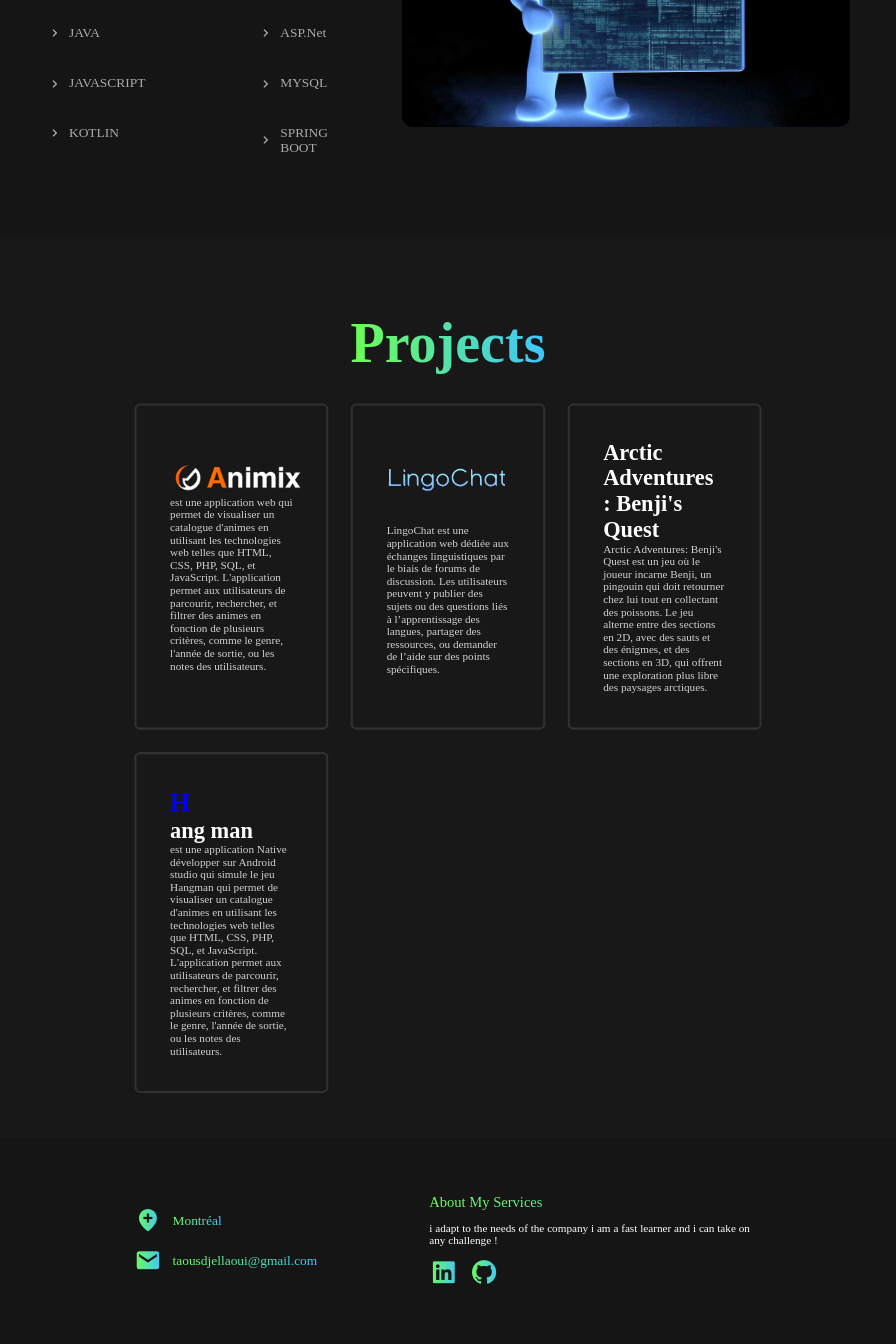
Repository: taousdjellaoui/portfolio-
Page: index.html
These files come from the project's save history. The page is drawn as it stood at one moment and after the next save; the edit follows.
The browser window is 1280 px wide. The pictures show the part of the page from y = 1099 to 3019 px (the page is 3019 px tall before and 2977 px after), at 70% of full size.

Above is the page before, as saved 2024-10-25 13:56:22.

### index.html
<!DOCTYPE html>
<html lang="en">
  <head>
    <meta charset="UTF-8" />
    <meta name="viewport" content="width=device-width, initial-scale=1.0" />
    <title>Portfolio Website</title>
    <link rel="stylesheet" href="css/style.css" />
    <link href='https://unpkg.com/boxicons@2.1.4/css/boxicons.min.css' rel='stylesheet'>
  </head>
  <body>
    <nav>
      <a href="#" class="logo"><span>Taous Djellaoui</span></a>
      <ul class="links">
        <a href="#home">Home</a>
        <a href="#about">About</a>
        <a href="#projects">Projects</a>

        <i class='bx bx-menu-alt-right' id="Menu"></i>
      </ul>
      <a href="#contact" class="btn">Contact Me</a>

    </nav>
    <section id="home">

      <div class="info-box">

        <h1><span>Hello I'm Taous !</span></h1>
        <h3><span>Web and mobile Development student</span> in montréal</h3>
        <p>i am looking to be an intern in web development or mobile development , i am a student
           at Cégep de Rosemont , and this is a simple  website i created using HTML, CSS and Javascript </p>
      </div>

    </section>

    <section id="about">
      <div class="about-box">
        <div class="about-info">
          <h1><span>About Me</span></h1>
          <p>very curious and always love to learn new things   </p>

        </div>
        <h2><span>Skills</span></h2>
        <div class="skills">
          <ul>
            <li>
              <p><i class='bx bx-chevron-right' ></i>HTML & CSS</p>
            </li>
            <li>
              <p><i class='bx bx-chevron-right' ></i>JAVA</p>
            </li>
            <li>
              <p><i class='bx bx-chevron-right' ></i>JAVASCRIPT</p>
            </li>
            <li>
              <p><i class='bx bx-chevron-right' ></i>KOTLIN</p>
            </li>
          </ul>
          <ul>
            <li>
              <p><i class='bx bx-chevron-right' ></i>REACT & ANGULAR</p>
            </li>
            <li>
              <p><i class='bx bx-chevron-right' ></i>ASP.Net</p>
            </li>
            <li>
              <p><i class='bx bx-chevron-right' ></i>MYSQL</p>
            </li>
            <li>
              <p><i class='bx bx-chevron-right' ></i>SPRING BOOT</p>
            </li>
          </ul>
        </div>

      </div>
      <img src="images/Computer-Science-Pictures.jpg" alt="">
    </section>
    <section id="projects">
      <h1 class="header"><span>Projects</span></h1>
      <div class="projects-container">
        <div class="box">
          <a href="https://github.com/taousdjellaoui/animix">
          <img src="images/logo-animix.png" alt="">
          <p>est une application web qui permet de visualiser un catalogue d'animes en utilisant les technologies web telles que HTML, CSS, PHP, SQL, et JavaScript. L'application permet aux utilisateurs de parcourir, rechercher, et filtrer des animes en fonction de plusieurs critères,
            comme le genre, l'année de sortie, ou les notes des utilisateurs.</p>
          </a>
        </div>
        <div class="box">
          <img src="images/logoLingoChat.png" alt="">

          <p>
            LingoChat est une application web dédiée aux échanges linguistiques par le biais de forums de discussion. Les utilisateurs peuvent y publier des sujets ou des questions liés à l’apprentissage des langues, partager
            des ressources, ou demander de l’aide sur des points spécifiques.</p>
        </div>
       <div class="box">
        <a href="https://taousdjellaoui.itch.io/arctic-adventures-benjis-quest">
          <h1>Arctic Adventures : Benji's Quest</h1>
          <p>Arctic Adventures: Benji's Quest est un jeu où le
            joueur incarne Benji, un pingouin qui doit retourner chez lui tout en
            collectant des poissons. Le jeu alterne entre des sections en 2D, avec des sauts et des
            énigmes, et des sections en 3D, qui offrent une exploration plus libre des paysages arctiques. </p>
          </a>
        </div>
        <div class="box">
          <a href="https://github.com/taousdjellaoui/animix">
            <h1 style="color: blue; font-size: 36px;">H</h1><h1>ang man</h1>

          <p>est une application Native développer sur Android studio qui simule le jeu Hangman qui permet de visualiser un catalogue d'animes en utilisant les technologies web telles que HTML, CSS, PHP, SQL, et JavaScript. L'application permet aux utilisateurs de parcourir, rechercher, et filtrer des animes en fonction de plusieurs critères,
            comme le genre, l'année de sortie, ou les notes des utilisateurs.</p>
          </a>
        </div>
      </div>
    </section>
    <footer id="contact">
      <div class="col-left">
        <div class="col-box">
          <span><i class='bx bxs-location-plus' ></i></span>
          <span>Montréal</span>
        </div>
        <div class="col-box">
          <span><i class='bx bxs-envelope' ></i></span>
          <span>taousdjellaoui@gmail.com</span>
        </div>
      </div>
      <div class="col-right">
        <span>About My Services</span>
        <p> i adapt to the needs of the company i am a fast learner and i can take on any challenge !</p>
        <div class="social-icons">
          <span><a href="https://www.linkedin.com/in/taous-djellaoui-2874a1187/"><i class='bx bxl-linkedin-square' ></i></a></span>
          <span><a href="https://github.com/taousdjellaoui"><i class='bx bxl-github' ></i></a></span>
        </div>

      </div>
    </footer>

    <script src="script.js"></script>
  </body>
</html>

### css/style.css
* {
  margin: 0;
  padding: 0;
  box-sizing: border-box;
  text-decoration: none;
  list-style: none;
  scroll-behavior: smooth;
  font-family: "Poppins";
}
:root {
  --background: rgb(24, 24, 24);
  --second-background: rgb(21, 21, 21);
}
body{
  min-height: 100vh;
  background-color: var(--background);
}
nav{
position:fixed;
top:0;
width: 100%;
padding: 2em 15%;
display: flex;
align-items: center;
justify-content: space-between;
background-color:rgba(15,15,15,0.8);
backdrop-filter: blur(10px);
z-index: 1000;
}
ul{
  display:flex;
  align-items: center;
  gap: 3em;

}
nav ul a{
  color: white;
  opacity: 0.7;
  transition:0.2s ease-in-out;
}
nav ul a:hover{
  opacity: 1;

}
.logo{
  font-size:2em;
  color: white;
  font-weight: 800;
  opacity: 0.8;
  transition: 0.2s ease-in-out;

}
.logo:hover{
  opacity: 1;
}
.btn{
  padding : 0.5em 1em;
  color : white;
  font-weight: 500;
  letter-spacing:1px ;
  border-radius: 0.5em;
  font-size: 1.1em;
  border: 2px solid white;
  cursor: pointer;
  transition: 0.3s ease-in-out;

}
.btn:hover{
  background-color: white;
  color: var(--background);

}
span{
  background: linear-gradient(to right,#6cff52,#3ec5ff);
  background-clip: text;
  color:transparent;
}
#menu{
  color:white;
  font-size:3em;
  display:none;
}
section{
  min-height: 100vh;
  padding: 5% 15%;
}
#home{
display: flex;
flex-direction: column;
align-items:center;
justify-content: center;
gap:2em;
color:white;

}
#home img{
width:30vw;
border-radius: 1%;
margin-top: 3em;

}
.info-box{
  display: flex;
  flex-direction: column;
  text-align: center;
  gap: 0.5em;
  max-width: 500px;

}
.info-box h1{
  font-size:4em;
  font-weight: 500;
}
.info-box h3{
  font-size:2em;
  font-weight: 400;
}
.info-box p{
 opacity:0.7;
}
.btn-box{
  display: flex;
  gap: 1em;
}
.btn-box .btn:nth-of-type(2){
  background-color:white;
  color: var(--background)
}
.btn-box .btn:nth-of-type(2):hover{
  background-color: var(--background);
  color:white;

}
::-webkit-scrollbar{
  width: 20px;
  background-color: var(--background);
}
::-webkit-scrollbar-thumb{
  background: linear-gradient(to bottom,#788077,#a8b2b7);

}
#about{
  background-color: var(--second-background);
  display: flex;
  align-items:center;
  justify-content: center;
  gap: 5em;

}
#about img{
  width: 50vw;
  border-radius:1em;

}
.about-box{
  display:flex;
  flex-direction: column;
  text-align: left;
  gap: 2em;
}
.about-box h1{
  font-size: 4em;
}
.about-box p{
color:white;
opacity:0.8;
}
.skills{
  display:flex;
  text-align: left;
  gap: 10em;

}
.skills ul{
  font-size: 1em;
  font-weight: 500;
  display:flex;
  flex-direction: column;
  color:white;
  opacity:0.8;
  align-items: baseline;
}
.skills ul li p{
  color: white ;
  display: flex;
  align-items:center;
  gap : 0.5em;
   font-size: 1.2em;
   transition:0.3s ease-in-out;
}
.skills ul li p:hover{
  transform: translateX(10px);
}
.skills ul li i{
 font-size:1.2em;

}
.about-box h2{
  font-size: 2.5em;
}
#projects{
  background-color: var(--background);
}
.header{
  text-align: center;
  font-size: 5em;
  margin:0.5em 0;
}
.projects-container{
  display:grid;
  grid-template-columns: repeat(auto-fit,minmax(250px,1fr));
  gap:2em;
}
.box{
  border:3px solid rgb(49, 49, 49);
border-radius: 0.5em;
display: flex;
flex-direction: column;
justify-content: center;
overflow: hidden;
object-fit: cover;
padding:3em ;
gap: 2em;
color:white;
cursor:pointer;
transition:0.3s ease-in-out;
}
.box:hover{
  border: 3px solid rgb(100,100,100);
}
.box p{
  opacity:0.8;
}
.box h1{
  font-size: 2em;
}
.box img{
 min-width:25px;
 border-radius:0.5em;
}
footer{
  display: flex;
  align-items:center;
  justify-content: center;
  gap:10em;
  bottom:0;
  background-color: var(--second-background);
  width:100%;
  padding: 5em 15%;
}
.col-left{
  display:flex;
  flex-direction:column;
  gap : 1em;
}
.col-box{
  display: flex;
  align-items:center;
  gap : 1em;
}
.col-box i{
  font-size: 2em;
}
.col-box span{
  font-size: 1.2em;
}
.col-right{
  display:flex;
  flex-direction: column;
  gap:1em;
  color:white;
  max-width:500px;
}
.col-right span{
  font-size: 1.3em;
}
.col-right .social-icons{
  display:flex;
  align-items:baseline;
  justify-content: left;
  gap: 1em;
}
.col-right .social-icons i{
  font-size :2em;
  transition: 0.2s ease-in-out;
  cursor: pointer;
}
.social-icons i:hover{
  color:white;
}
a {
  color: inherit;
}

Loaded but not shown: script.js (no stored copy; drawn as an empty file)

After the next save:
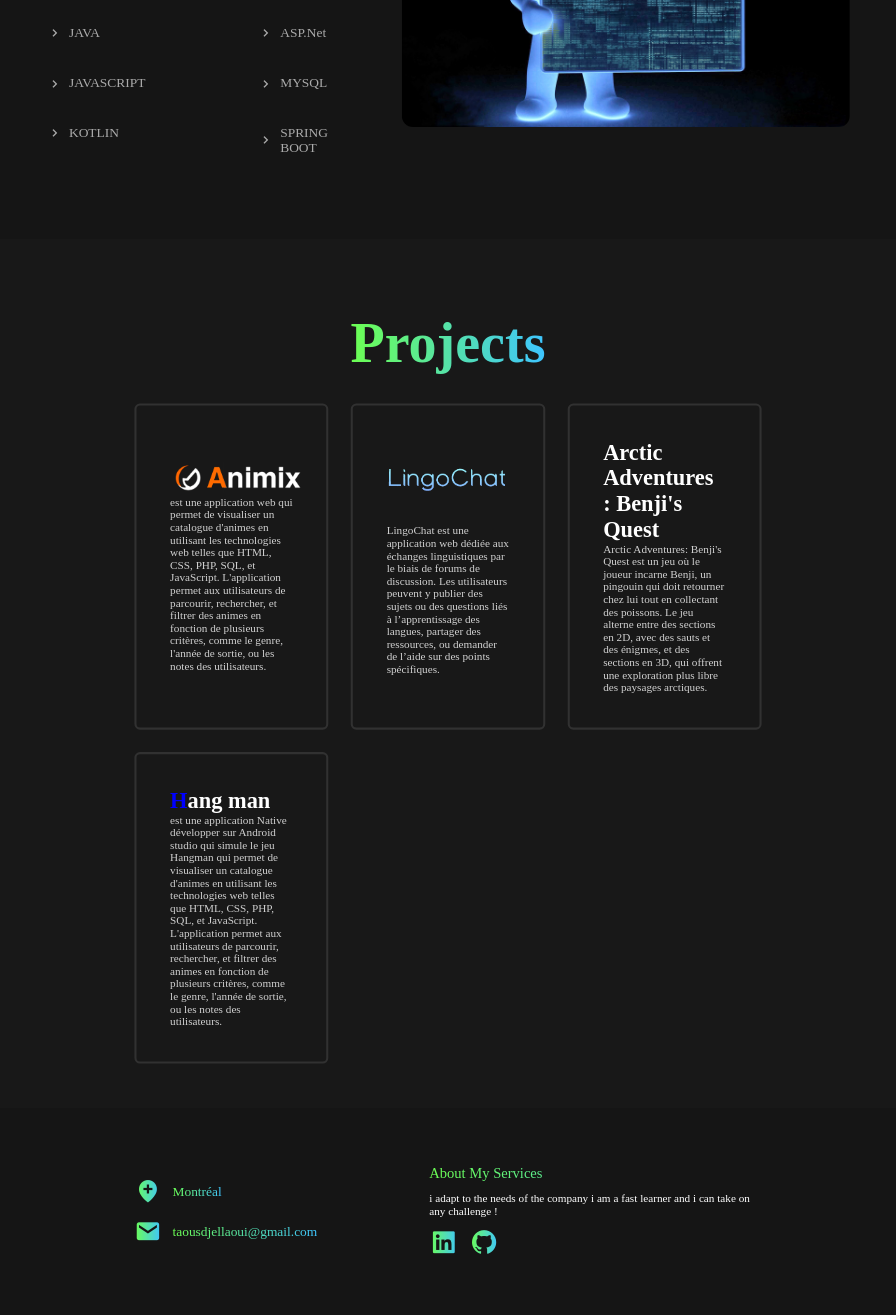
Saved 53 s later.
--- a/index.html
+++ b/index.html
@@ -102,7 +102,7 @@
         </div>
         <div class="box">
           <a href="https://github.com/taousdjellaoui/animix">
-            <h1 style="color: blue; font-size: 36px;">H</h1><h1>ang man</h1>
+            <h1 style="display: inline; color: blue;">H</h1><h1 style="display: inline;">ang man</h1>
 
           <p>est une application Native développer sur Android studio qui simule le jeu Hangman qui permet de visualiser un catalogue d'animes en utilisant les technologies web telles que HTML, CSS, PHP, SQL, et JavaScript. L'application permet aux utilisateurs de parcourir, rechercher, et filtrer des animes en fonction de plusieurs critères,
             comme le genre, l'année de sortie, ou les notes des utilisateurs.</p>
